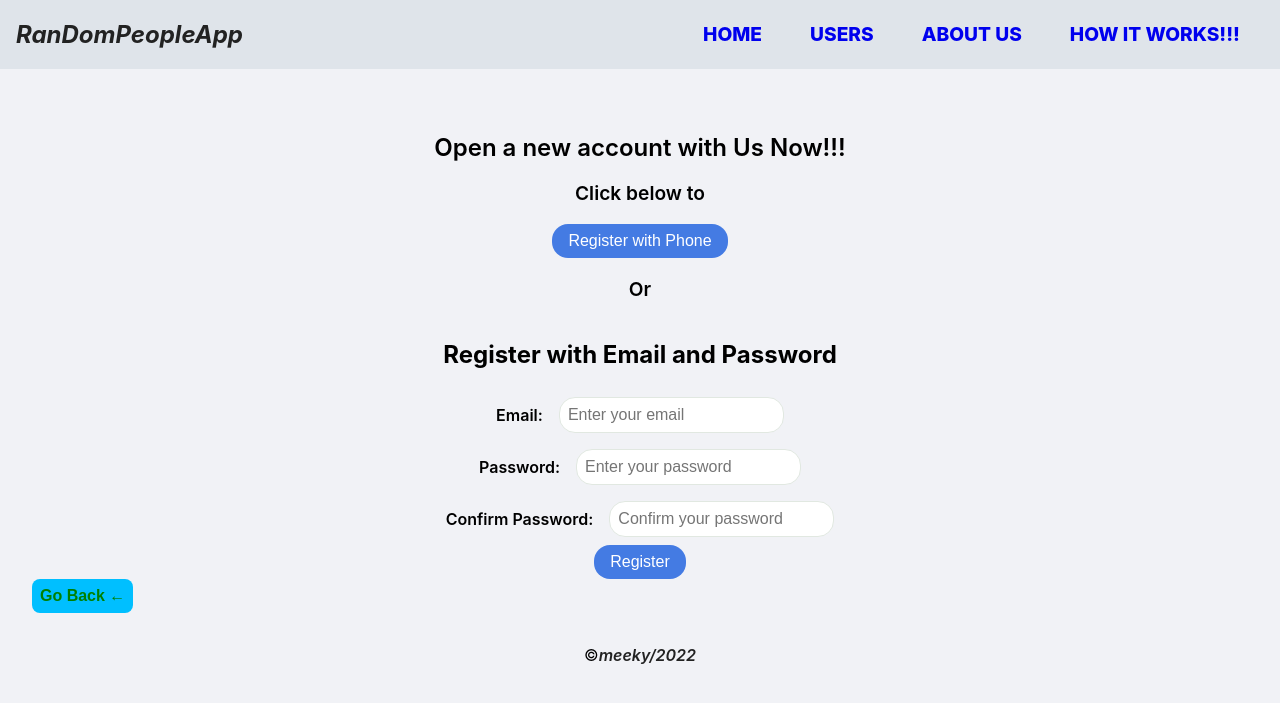
Repository: MikkyPrestige/RandomProfiles
Page: /register
The author's editor kept a copy of each file at every save. The page is drawn from the files as they stood at one save, then again after the next save.
The browser window is 1280 px wide. The pictures show the whole page.
The page's requests for data from a server got no answer. The project was rebuilt for these pictures with package versions that can differ from the ones it lists, and the page was loaded fresh each time. Some packages were replaced by stand-ins written for this rebuild. No one was signed in, and anything a server would have sent is missing. Also part of the build but not shown: src/assets/styles/home.css, src/components/home.jsx, src/assets/styles/users.css, src/components/users.jsx, src/assets/styles/search.css, src/components/search.jsx, src/assets/styles/help.css, src/components/help.jsx and 9 more.

Above is the page before, as saved 2022-12-06 01:20:19.

After the next save:
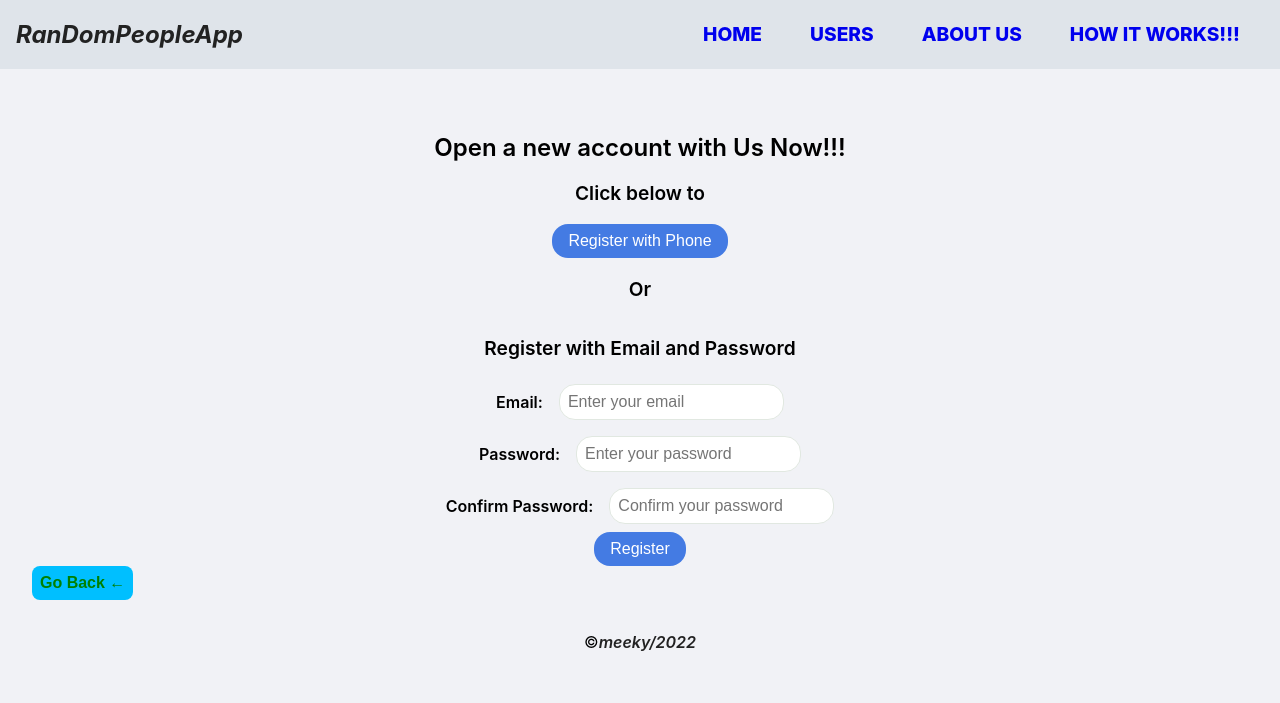
Saved 102 s later.
--- a/src/assets/styles/profile.css
+++ b/src/assets/styles/profile.css
@@ -189,6 +189,11 @@
   align-items: center;
 }
 
+.register__form--title {
+  font-size: 1.2rem;
+  font-weight: 600;
+}
+
 .register__group {
   display: flex;
   justify-content: center;
